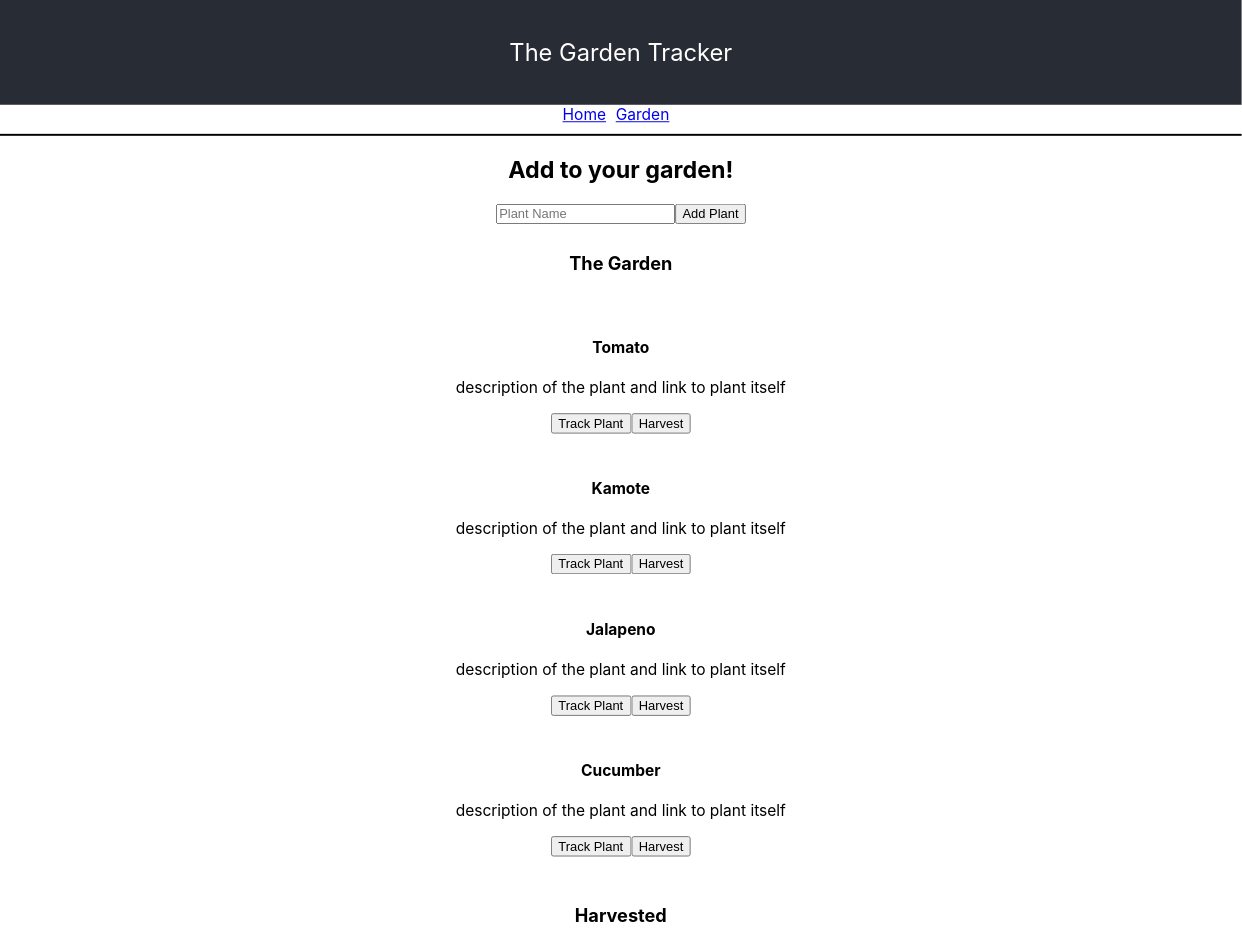
Repository: charliejp0311/gardentracker
Page: /garden
These files come from the project's save history. The page is drawn as it stood at one moment and after the next save; the edit follows.
The browser window is 1280 px wide. The pictures show the whole page, at 97% of full size.
The project was rebuilt for these pictures with package versions that can differ from the ones it lists, and the page was loaded fresh each time. Also part of the build but not shown: src/components/GardenHome.js.

Above is the page before, as saved 2020-10-30 11:15:23.

### public/index.html
<!DOCTYPE html>
<html lang="en">
  <head>
    <meta charset="utf-8" />
    <link rel="icon" href="%PUBLIC_URL%/sun-svgrepo-com.svg" />
    <meta name="viewport" content="width=device-width, initial-scale=1" />
    <meta name="theme-color" content="#000000" />
    <meta
      name="description"
      content="Web site created using create-react-app"
    />
    <link rel="apple-touch-icon" href="%PUBLIC_URL%/logo192.png" />
    <!--
      manifest.json provides metadata used when your web app is installed on a
      user's mobile device or desktop. See https://developers.google.com/web/fundamentals/web-app-manifest/
    -->
    <link rel="manifest" href="%PUBLIC_URL%/manifest.json" />
    <!--
      Notice the use of %PUBLIC_URL% in the tags above.
      It will be replaced with the URL of the `public` folder during the build.
      Only files inside the `public` folder can be referenced from the HTML.

      Unlike "/favicon.ico" or "favicon.ico", "%PUBLIC_URL%/favicon.ico" will
      work correctly both with client-side routing and a non-root public URL.
      Learn how to configure a non-root public URL by running `npm run build`.
    -->
    <title>Track Your Garden</title>
  </head>
  <body>
    <noscript>You need to enable JavaScript to run this app.</noscript>
    <div id="root"></div>
    <!--
      This HTML file is a template.
      If you open it directly in the browser, you will see an empty page.

      You can add webfonts, meta tags, or analytics to this file.
      The build step will place the bundled scripts into the <body> tag.

      To begin the development, run `npm start` or `yarn start`.
      To create a production bundle, use `npm run build` or `yarn build`.
    -->
  </body>
</html>

### src/index.js
import React from 'react';
import ReactDOM from 'react-dom';
import './index.css';
import App from './App';
// import reportWebVitals from './reportWebVitals';
import reducer from './reducers/index'
import { Provider } from  'react-redux';
import { applyMiddleware, createStore } from 'redux';
// import thunk from 'redux-thunk';

let store = createStore(reducer, window.__REDUX_DEVTOOLS_EXTENSION__ && window.__REDUX_DEVTOOLS_EXTENSION__())

ReactDOM.render(
  <Provider store={store}>
    <App />
  </Provider>,
  document.getElementById('root')
);

// If you want to start measuring performance in your app, pass a function
// to log results (for example: reportWebVitals(console.log))
// or send to an analytics endpoint. Learn more: https://bit.ly/CRA-vitals
// reportWebVitals();

### src/App.js
import './App.css';
import CreateGarden from './components/GardenHome'
import {BrowserRouter as Router, Route} from 'react-router-dom';
import NavBar from './components/Navbar';
import Garden from './components/Garden'

function App() {
  return (
    <div className="App">
      <header className="App-header">
        The Garden Tracker
      </header>
      <Router >
        {/* replace with a fetch garden or send fetch garden to create garden add router? */}
        <div>
        <NavBar />
        <Route exact path='/' render={routerProps=><CreateGarden {...routerProps} /> }/> {/* Home page what do welcome page shows gardens last event logged to the notes shows plant count shows harvest count */}
        <Route exact path='/garden' render={ routerProps=> <Garden {...routerProps} />}/> {/* Garden page this will show a list of the current plants and allow you to add more plants */}
        {/*<Route />*/} {/* Harvest page shows a list of harvested plants this is not editable stands as a living record of your garden*/}
        {/*<Route />*/} {/* Plant page shows the plant and a form to add notes to the plant has pre-determined buttons that  add a templated event to the plant tracker notes*/}
        </div>
      </Router>
    </div>
  );
}

export default App;

### src/reducers/index.js
import { combineReducers } from 'redux';
import garden from './GardenReducer'

export default combineReducers({
    garden
})

### src/App.css
.App {
  text-align: center;
}

.App-logo {
  height: 40vmin;
  pointer-events: none;
}

@media (prefers-reduced-motion: no-preference) {
  .App-logo {
    animation: App-logo-spin infinite 20s linear;
  }
}

.App-header {
  background-color: #282c34;
  min-height: 15vh;
  display: flex;
  flex-direction: column;
  align-items: center;
  justify-content: center;
  font-size: calc(10px + 2vmin);
  color: white;
}

.App-link {
  color: #61dafb;
}

.garden {
  display: grid;
  grid-template-columns: 1fr;
  grid-template-rows: auto;
  grid-gap: 25px;
  padding-top: 10px;
  padding-bottom: 30px;
}

/* .plant {
  height: auto;
  width: auto;
  box-shadow: 10px 10px grey;
  padding: 10px;
  border-radius: 10px;
} */

@keyframes App-logo-spin {
  from {
    transform: rotate(0deg);
  }
  to {
    transform: rotate(360deg);
  }
}

### src/components/Navbar.js
import React from 'react';
import { NavLink } from 'react-router-dom';

const NavBar = () => {
  return (
    <div style={{ borderBottom: '2px solid black', paddingBottom: '10px', marginBottom: '12px' }}>
      <NavLink
        style={{ marginRight: '10px' }}
        to="/"
      >
        Home
      </NavLink>
      <NavLink
        style={{ marginRight: '10px' }}
        to="/garden"
      >
        Garden
      </NavLink>
    </div>
  );
}

export default NavBar;

### src/components/Garden.js
import React, {Component} from 'react';
import CreatePlant from './CreatePlant';
import PlantList from './plantList';
import Harvest from "./Harvest";
import {connect} from 'react-redux';


class Garden extends Component{

    render(){
        // console.log(this.props)
        return(
            <div className='garden-container' >
                <h2>Add to your garden!</h2>
                <CreatePlant />
                <PlantList plants={this.props.garden.plants} />
                <Harvest harvest={this.props.garden.harvest} />
            </div>
        )
    }
}
const mapStateToProps=state=>{
    // console.log(state)
    return{
        garden: state.garden
    }
}


export default connect(mapStateToProps)(Garden);

### src/reducers/GardenReducer.js
export default function garden (state = {
    plants: [{name: 'Tomato'},{name: 'Kamote'},{name: 'Jalapeno'},{name: 'Cucumber'}],
    harvest: [],
    notes: []
},action){
    // console.log(action)
    switch (action.type) {
        case 'ADD_PLANT':
            return {
                ...state,
                plants: state.plants.concat({name: action.plant.name})
            };

        case 'HARVEST_PLANT':
            let p = state.plants.filter(plant=>plant.name===action.plant.name) ;
            let inTheGarden = state.plants.filter(plant=>plant.name!==action.plant.name);
            return{
                ...state,
                plants: inTheGarden,
                harvest: state.harvest.concat(p)
            };

        default:
            return state;
    }
};

### src/components/CreatePlant.js
import { Component } from "react";
import { connect } from "react-redux";

class CreatePlant extends Component {
    state = {
        name: '',
    }

    handleChange=e=>{
        this.setState({
            name: e.target.value
        })
    }

    handleSubmit=e=>{
        e.preventDefault();
        let act = this.addPlant(this.state);
        this.props.dispatch(act);
        this.setState({
            name: ''
        })

    }

    addPlant=(plant)=>{
        return({
        type: "ADD_PLANT",
        plant
        })
    };


    render(){
        return(
            <form onSubmit={this.handleSubmit}>
                <input type='text' name='name' placeholder="Plant Name" onChange={this.handleChange} value={this.state.name}/>
                <input type='submit' value='Add Plant'/>
            </form>
        )
    }
}

const mapStateToProps = state => {
    return {
        plants: state.plants,
        harvest: state.harvest
    }
}

// const mapDispatchToProps= dispatch => {
//     return{
//         // addPlant: ()=>dispatch(addPlant()),
//         // harvestPlant: ()=>dispatch(harvestPlant())
//     }
// }


export default connect(mapStateToProps)(CreatePlant);

### src/components/plantList.js
// display plants with button that takes you to the individual plant
// a button to remove the plant from the garden and add to plant archive
import { Component } from "react";
import Plant from './Plant'

class PlantList extends Component{


    render(){
        // console.log(this.props)
        const {plants} = this.props
        let showPlants = plants.map(plant=>{
            return(
                //want to make a harvested plant component since I don't want to be able to change it
                <Plant plant={plant} />
            )
        });
        return(
            <div className='garden'>
                <h3>The Garden</h3>
                {showPlants}
            </div>
        )
    }
}

export default PlantList;

### src/components/Harvest.js
import { Component } from "react";
import Plant from './Plant'
class Harvest extends Component{
    render(){
        console.log(this.props)
        const {harvest} = this.props
        let showPlants = harvest.map(plant=>{
            return(
                <Plant plant={plant} />
            )
        });
        return(
            <div className='harvest'>
                <h3>Harvested</h3>
                {showPlants}
            </div>
        )
    }
}

export default Harvest;

### src/components/Plant.js
import { Component } from "react";
import { connect } from 'react-redux';

class Plant extends Component{

    harvestPlant=(plant)=>{
        return{
            type: 'HARVEST_PLANT',
            plant
        }
    }

    handleHarvest=e=>{
        let p2h = this.harvestPlant(this.props.plant)
        this.props.dispatch(p2h)
    };

    handleClick=e=>{
        console.log('you need to put a "plant route" here so you can goto the plant and add notes to the plant')
    }
    render(){
        // console.log(this.props)
        return(
            <div className='plant'>
                <h4>{this.props.plant.name}</h4>
                <p>description of the plant and link to plant itself</p>
                <button onClick={this.handleClick}>Track Plant</button>
                <button onClick={this.handleHarvest}>Harvest</button>
            </div>
        )
    }
}

export default connect()(Plant);

Loaded but not shown: src/index.css (common file)

After the next save:
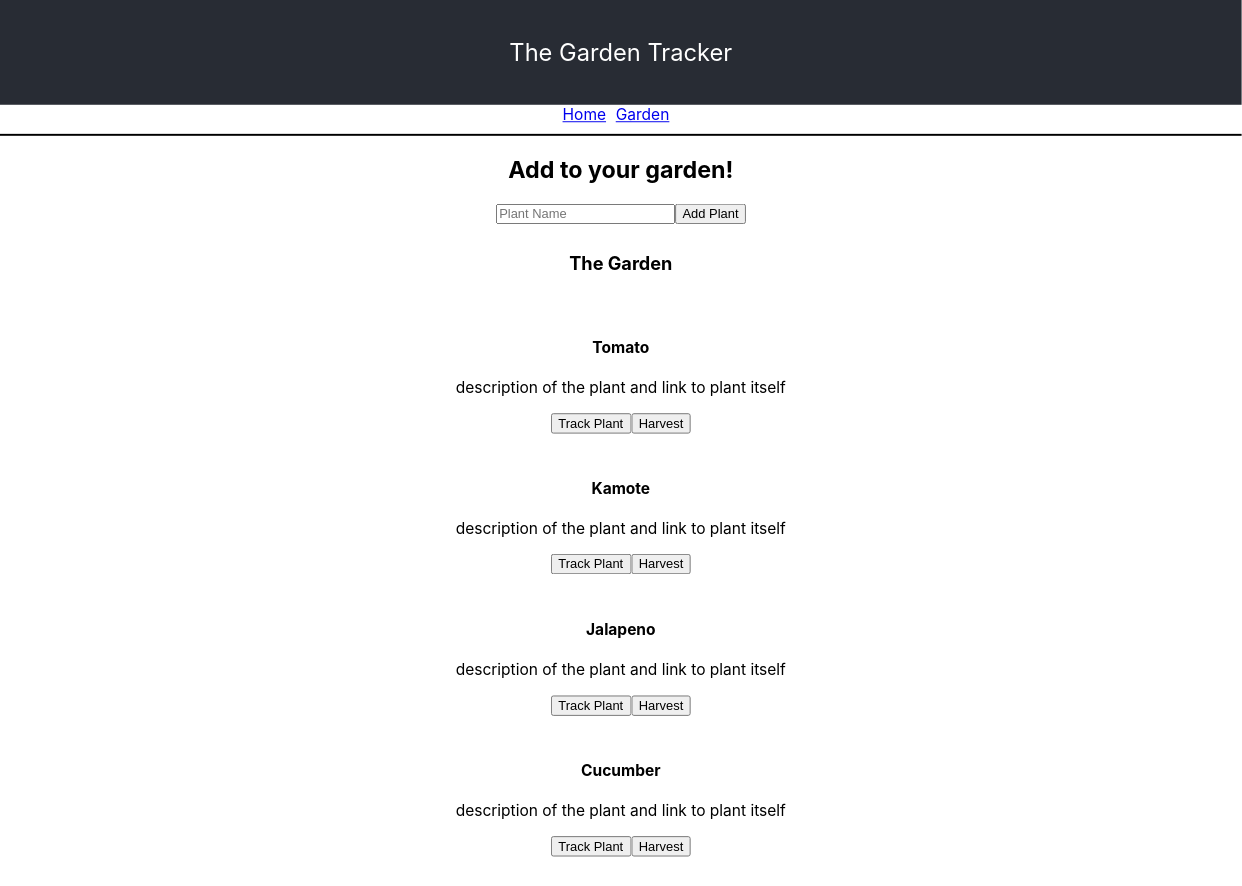
Saved 14 min 6 s later.
--- a/src/components/Garden.js
+++ b/src/components/Garden.js
@@ -1,7 +1,6 @@
 import React, {Component} from 'react';
 import CreatePlant from './CreatePlant';
 import PlantList from './plantList';
-import Harvest from "./Harvest";
 import {connect} from 'react-redux';
 
 
@@ -14,7 +13,6 @@ class Garden extends Component{
                 <h2>Add to your garden!</h2>
                 <CreatePlant />
                 <PlantList plants={this.props.garden.plants} />
-                <Harvest harvest={this.props.garden.harvest} />
             </div>
         )
     }
